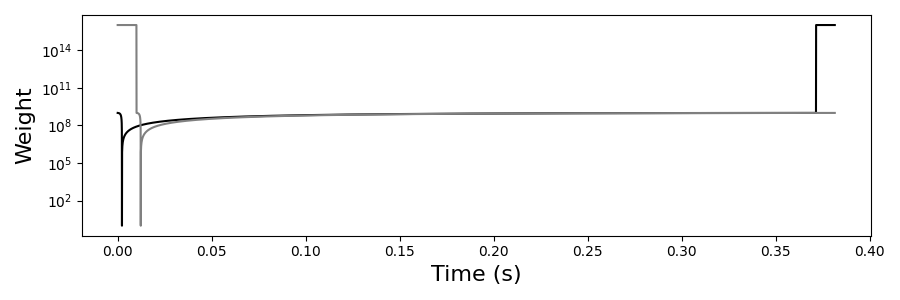
Repository: JamesBrooksPark/Sound-Field-Reproduction-Optimisation-Framework
Script's output: python FilterShapingVectorPlot.py
An editor plug-in stored every save of this project. The script's output is shown before and after a run of saves, followed by the edit.
Random numbers start from a fixed seed.

Above is the script's output before, as saved 2026-08-27 09:47:37.

### FilterShapingVectorPlot.py
import numpy as np; import matplotlib.pyplot as plt

from src.filter_designer.filter_helper import FIRShaper

Fs = 44100
delay = int(Fs*0.01)
I = 2**14
L = I+delay

plot_time = 0.1
plot_time_samples = plot_time * Fs

x_1 = FIRShaper(L,I,0, '')
x_2 = FIRShaper(L,I,delay, '')




fig, (axes1) = plt.subplots(1, 1,figsize=(9,3))

t = [x / Fs for x in range(len(x_1))]

axes1.plot(t, x_1, color = 'black')
axes1.plot(t, x_2, color = 'grey')

axes1.set_ylabel("Weight", fontsize = 16)
axes1.set_xlabel("Time (s)", fontsize = 16)

axes1.set_yscale('log')
plt.tight_layout()
# plt.show()


plt.savefig('/Users/jamesbrookspark/Documents/03_PhD/02_Journals/03_RoomAugmentation/01_RoomAugmentation_Latex/Figures/weighting_plot.pdf')
# plt.show()

### src/filter_designer/filter_helper.py
import numpy as np


# === Configuration file loader ===
# ---------------------------------
import importlib
class ConfigLoader:
    def __init__(self, config_file_name=None):
        config = self.load_config(config_file_name)  # config_file_name can be None
        self.set_config_variables(config)

    def set_config_variables(self, config):
        """Set configuration variables as instance attributes."""
        for key, value in config.items():
            setattr(self, key, value)

    def load_config(self, config_file_name=None):
        """Load base config and optionally update it with another config."""


        if config_file_name:
            config = self.import_config_module(config_file_name)
        else:
            config = self.import_config_module('global_config')

        return config

    def import_config_module(self, config_module_name):
        """Import a Python config module and return its non-special variables."""
        try:
            config_module = importlib.import_module(f'src.{config_module_name}')
            return {key: value for key, value in vars(config_module).items() if not key.startswith('__')}
        except ModuleNotFoundError:
            raise ValueError(f"Configuration file '{config_module_name}.py' not found.")

# === RIR matrix formating ===
# ----------------------------
def MatrixFormatting(h_d,h_p):
    # Finding start and end points of RIR's
    J_p,[p_s,p_e] = MatrixSlicer(h_p)
    J_d,[d_s,d_e]= MatrixSlicer(h_d)

    # Selecting largest RIR length
    e = np.max([p_e,d_e])

    # Selecting first start point across target and playback RIR's
    s = np.min([p_s,d_s])

    # Calculating rir size
    J = e-s

    N = h_p.ndim
    pad_shape = (J,) + h_p.shape[1:]
    h_p_pad = np.zeros(pad_shape, dtype=h_p.dtype)

    len_p = J_p + (p_s - s)

    slice_p = [slice(0, len_p)] + [slice(None)] * (N - 1)
    slice_p_src = [slice(s, p_e)] + [slice(None)] * (N - 1)

    h_p_pad[tuple(slice_p)] = h_p[tuple(slice_p_src)]

    N = h_d.ndim
    pad_shape = (J,) + h_d.shape[1:]
    h_d_pad = np.zeros(pad_shape, dtype=h_d.dtype)

    len_d = J_d + (d_s - s)

    slice_d = [slice(0, len_d)] + [slice(None)] * (N - 1)
    slice_d_src = [slice(s, d_e)] + [slice(None)] * (N - 1)

    h_d_pad[tuple(slice_d)] = h_d[tuple(slice_d_src)]

    h_d_pad = np.asarray(h_d_pad, dtype=np.float32)
    h_p_pad = np.asarray(h_p_pad, dtype=np.float32)

    return h_d_pad,h_p_pad,J

# === Matrix slicing ===
# ----------------------
def MatrixSlicer(h):
    h_shape = np.shape(h)
    if np.size(h_shape) < 2: # If matrix only has 1 dimension eg. single source, single receiver:
        start = PeakFind(h) - 15
        end = DecayFind(h)

        J = end-start
        return J,[start,end]
    elif np.size(h_shape) <3: # If matrix only has two dimensions eg. multiple sources but for a single receiver:
        deltas = np.zeros([h_shape[1], 2])
        for ii in range(h_shape[1]):
            deltas[ii, 0] = PeakFind(h[:, ii]) - 15
            deltas[ii, 1] = DecayFind(h[:, ii])

        start = int(np.min(deltas[:, 0]))
        end = int(np.min(deltas[:, 1]))
        J = end - start # Length of FIR representation of the RIRs
        return J,[start,end]
    else:
        deltas = np.zeros([h_shape[1], h_shape[2], 2])
        for ii in range(h_shape[1]):
            for jj in range(h_shape[2]):
                deltas[ii, jj, 0] = PeakFind(h[:, ii, jj]) - 15
                deltas[ii, jj, 1] = DecayFind(h[:, ii, jj])

        start = int(np.min(deltas[:, :, 0]))
        end = int(np.min(deltas[:, :, 1]))
        J = end - start # Length of FIR representation of the RIRs
        return J,[start,end]
def DecayFind(h):
        early_decay_curve = np.cumsum(h[::-1] ** 2)[::-1] # Calculate early decay curve of RIR
        early_decay_curve = early_decay_curve / np.max(early_decay_curve) # Normalise early decay curve to 1

        cut = np.where(early_decay_curve <= 0.000001)[0][0] # Find the point where the EDC is at 0.0001%
        return cut
def PeakFind(h):
        h_length = np.size(h)
        h_max = np.max(h)
        for ii in range(h_length):
            if h[ii] > h_max * 0.6:
                return ii

# === Precedence delay calculation ===
# -----------------------------
def DelayCalculation(Fs, delay_time, h_p, h_s):
        def peak(h):
            max = np.max(h)
            for ii in range(np.size(h)):
                if h[ii] > max * 0.6:
                    return ii

        if h_p.ndim > 1:
            M = np.shape(h_p)[1]
            h_p_peak_vec = np.zeros(M)
            h_s_peak_vec = np.zeros(M)
            for m in range(M):
                h_p_peak_vec[m] = peak(h_p[:,m])
                h_s_peak_vec[m] = peak(h_s[:,m])
            h_p_peak = np.sum(h_p_peak_vec)/M
            h_s_peak = np.sum(h_s_peak_vec)/M

            delay_samples = Fs * delay_time
            delay = int(delay_samples + (h_p_peak - h_s_peak))
            return delay
        else:
            h_p_peak = peak(h_p)
            h2_p_peak = peak(h_s)

            delay_samples = Fs * delay_time
            delay = int(delay_samples + (h_p_peak - h2_p_peak))
            return delay

def FIRShaper(L, Fl, delay, type, normalisation = True):
    if L == Fl:
        Fl = Fl-delay
    z = np.zeros([3]) # Amplitudes
    z[0] = 10**16  # No energy
    z[1] = 1  # Max filter energy
    z[2] = 10**9  # taper energy

    d = np.zeros([4]) # section sizes
    d[0] = int(delay)# Delay
    d[1] = int(100)  # Attack
    d[2] = int(Fl-d[1])  # Filter length (-1 for max filter sample)
    if L != Fl:
        d[3] = int(L - np.sum(d[:3]))
    else:
        d[3] = 0

    shaper_vec_check(L,Fl,d)

    y = np.ones([L])

    y[: int(np.sum(d[:1]))] *= z[0]
    y[int(np.sum(d[:1])) : int(np.sum(d[:2]))] = exponential_space(z[2], z[1], d[1])
    y[int(np.sum(d[:2]))] *= z[1]
    y[int(np.sum(d[:2]))+1 : int(np.sum(d[:3]))] = exponential_space(z[1], z[2], d[2]-1)
    if d[3]> 0:
        y[int(np.sum(d[:3])): ] = z[0]

    if normalisation:
        # Calculate energy in weighting with no delay
        d = np.zeros([4]) # section sizes
        d[0] = 0
        d[1] = int(100)  # Attack
        d[2] = int(Fl-d[1])  # Filter length (-1 for max filter sample)
        if L != Fl:
            d[3] = int(L - np.sum(d[:3]))
        else:
            d[3] = 0

        shaper_vec_check(L,Fl,d)

        y_n = np.ones([L])

        y_n[: int(np.sum(d[:1]))] *= z[0]
        y_n[int(np.sum(d[:1])) : int(np.sum(d[:2]))] = exponential_space(z[2], z[1], d[1])
        y_n[int(np.sum(d[:2]))] *= z[1]
        y_n[int(np.sum(d[:2]))+1 : int(np.sum(d[:3]))] = exponential_space(z[1], z[2], d[2]-1)
        if d[3]> 0:
            y_n[int(np.sum(d[:3])): ] = z[0]

        no_delay_energy = np.sum(y_n**2)

        # Normalise filter based on weighting with no delay
        y *= no_delay_energy/np.sum(y**2)

    return y

def shaper_vec_check(L,Fl,d):
    if L < Fl:
            raise ValueError("FIRShaper: Actual filter length is greater than desired filter length")
    if sum(d) != L:
        print("desired length:")
        print(L)
        print("section lengths")
        print(d)
        raise ValueError("FIRShaper: Filter vector sections do not add up")

def exponential_space(start,stop,L):
    L = int(L)
    if stop > start:
            x = np.linspace(5,1,L)
            y = np.exp(x)
            # y = x**2
            y *= 1/max(y)
            y = 1-y
            y = y * (stop - start) + start

    elif start > stop:
            x = np.linspace(1,5,L)
            y = np.exp(x)
            # y = x**2
            y *= 1/max(y)
            y = y * (stop - start) + start

    return y

# === RIR matrix ===
# ------------------------------------------------------------
def rir_matrix(M, L, h, I, J):

    H = np.zeros([M * (J + I - 1), I * L], dtype=np.float32)
    for l in range(L):
        idx_l = slice(l * I, (l + 1) * I)
        for m in range(M):
            idx_m = slice(m * (J + I - 1), (m + 1) * (J + I - 1))

            H[idx_m, idx_l] = Toeplitz(h[:, l, m], I)

    return H

# === Toeplitz matrix creation ===
# --------------------------------
def Toeplitz(h, I=[]):
    J = np.size(h)
    if not I:
        I = J
    #  Create zero matrix
    H = np.zeros([J + I - 1, I], dtype=np.float32)
    # H = np.zeros([J + I - 1, I])
    for i in range(I):
        idx = slice(i, np.min([(i + J - 1), J + I - 1]))
        idx2 = slice(i - i, np.min([(i + J - 1), J + I - 1]) - i)
        H[idx, i] = h[idx2]
    return H

# === Time frequency matrix ===
# ------------------------------------------------------------
def time_frequency_matrix(H,M,J,I,NFFT):
    H_reshaped = H.reshape(M, (J + I - 1), -1)  # (M, J+I-1, L*I)
    H_fft = np.fft.fft(H_reshaped, n=NFFT, axis=1).astype(np.complex64)
    H_ = H_fft.reshape(M * NFFT, -1)  # (M*NFFT, L*I)

    return H_

# === gamma function crossover ===
# ------------------------------------------------------------
def gamma_crossover_vector(NFFT, Fs, Hz, vals):

    sigma = 0.01
    gamma = np.ones((NFFT))
    Freqs = np.fft.fftfreq(NFFT, d=1/Fs)
    gamma[:NFFT//2] = vals[0] + ((vals[1]-vals[0])/(1+np.exp(-(sigma/2*np.pi)*(Freqs[:NFFT//2]-Hz))))
    gamma[NFFT//2:] = vals[1]

    return gamma

# === Target vector ===
# ------------------------------------------------------------
def target_vector(h_d, NFFT, M, modelling_delay):
    # Creating target vector
    if M == 1:
        p_target = np.concat([np.zeros([modelling_delay]), h_d])
        P_target = np.fft.fft(p_target, NFFT).astype(np.complex64)
    else:
        P_target = np.zeros([M * NFFT],dtype=np.complex64)
        for m in range(M):
            idx = slice(m * NFFT, (m + 1) * NFFT)
            p_target = np.concat([np.zeros([modelling_delay]), h_d[:, m]])
            P_target[idx] = np.fft.fft(p_target, NFFT)
    return P_target

After the next 9 saves:
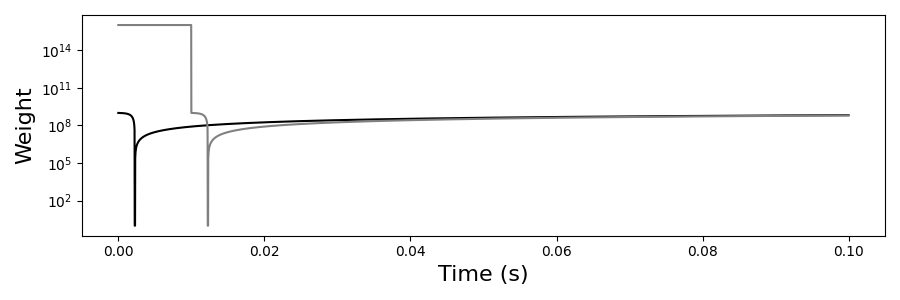
The 9 saves are shown as one change because 2 did not build or start and some came seconds apart.
The last was saved 39 s later.
--- a/FilterShapingVectorPlot.py
+++ b/FilterShapingVectorPlot.py
@@ -8,20 +8,21 @@ I = 2**14
 L = I+delay
 
 plot_time = 0.1
-plot_time_samples = plot_time * Fs
+plot_time_samples = int(plot_time * Fs)
 
 x_1 = FIRShaper(L,I,0, '')
 x_2 = FIRShaper(L,I,delay, '')
 
-
+x1_cut = x_1[:plot_time_samples]
+x2_cut = x_2[:plot_time_samples]
 
 
 fig, (axes1) = plt.subplots(1, 1,figsize=(9,3))
 
-t = [x / Fs for x in range(len(x_1))]
+t = [x / Fs for x in range(len(x1_cut))]
 
-axes1.plot(t, x_1, color = 'black')
-axes1.plot(t, x_2, color = 'grey')
+axes1.plot(t, x1_cut, color = 'black')
+axes1.plot(t, x2_cut, color = 'grey')
 
 axes1.set_ylabel("Weight", fontsize = 16)
 axes1.set_xlabel("Time (s)", fontsize = 16)
